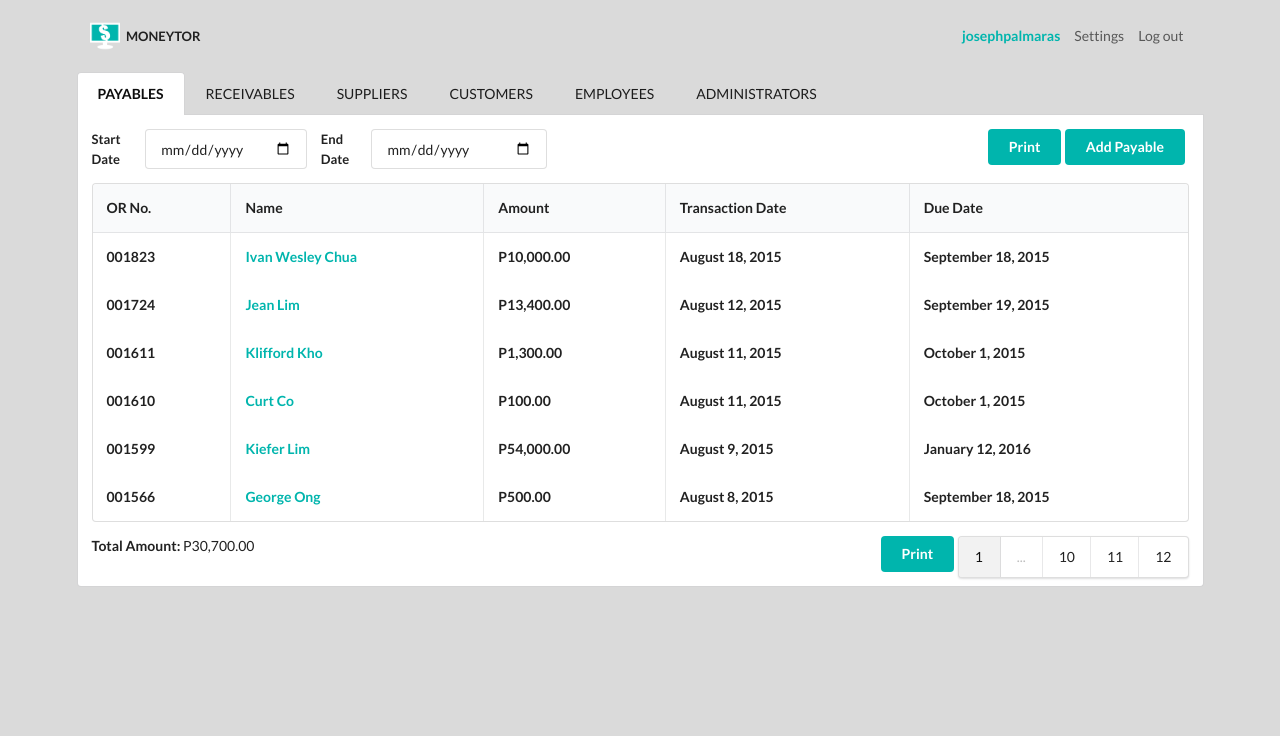
Repository: TV5/MoneyTor
Page: Workspace/MoneyTor/war/main.html
The author's editor kept a copy of each file at every save. The page is drawn from the files as they stood at one save, then again after the next save.
The browser window is 1280 px wide. The pictures show the whole page.

Above is the page before, as saved 2015-08-18 16:37:07.

### Workspace/MoneyTor/war/main.html
<!DOCTYPE html>
<html>
<head>
  <!-- Standard Meta -->
  <meta charset="utf-8" />
  <meta http-equiv="X-UA-Compatible" content="IE=edge,chrome=1" />
  <meta name="viewport" content="width=device-width, initial-scale=1.0, maximum-scale=1.0">

  <!-- Site Properities -->
  <title>Main Page</title>
  <link rel="stylesheet" type="text/css" href="../dist/components/reset.css">
  <link rel="stylesheet" type="text/css" href="../dist/components/site.css">

  <link rel="stylesheet" type="text/css" href="../dist/components/container.css">
  <link rel="stylesheet" type="text/css" href="../dist/components/grid.css">
  <link rel="stylesheet" type="text/css" href="../dist/components/header.css">
  <link rel="stylesheet" type="text/css" href="../dist/components/image.css">
  <link rel="stylesheet" type="text/css" href="../dist/components/menu.css">

  <link rel="stylesheet" type="text/css" href="../dist/components/divider.css">
  <link rel="stylesheet" type="text/css" href="../dist/components/segment.css">
  <link rel="stylesheet" type="text/css" href="../dist/components/form.css">
  <link rel="stylesheet" type="text/css" href="../dist/components/input.css">
  <link rel="stylesheet" type="text/css" href="../dist/components/button.css">
  <link rel="stylesheet" type="text/css" href="../dist/components/list.css">
  <link rel="stylesheet" type="text/css" href="../dist/components/message.css">
  <link rel="stylesheet" type="text/css" href="../dist/components/icon.css">
  <link rel="stylesheet" type="text/css" href="../dist/components/tab.min.css">
  <link rel="stylesheet" type="text/css" href="../dist/components/table.min.css">
  <link rel="stylesheet" type="text/css" href="../dist/components/modal.min.css">
  <link rel="stylesheet" type="text/css" href="../dist/components/dimmer.min.css">
  <link rel="stylesheet" type="text/css" href="../dist/components/transition.min.css">
  <script src="assets/library/jquery.min.js"></script>
  <script src="../dist/components/form.js"></script>
  <script src="../dist/components/transition.js"></script>
  <script src="../dist/components/tab.min.js"></script>
  <script src="../dist/components/modal.min.js"></script>
  <script src="../dist/components/dimmer.min.js"></script>
  <script src="../dist/components/transition.min.js"></script>

  <style type="text/css">
    body {
      background-color: #DADADA;
    }
    body > .grid {
      height: 100%;
    }
    .image {
      margin-top: -100px;
    }
    .column {
      max-width: 450px;
    }
    .firstmenu {
    	padding-left: 20px;
    	padding-right: 20px;
    	padding-top: 0px;
    }
    a {
    	color: #00b5ad;
    }
    .link {
    	color: #00b5ad !important;
    }
  </style>
</head>
<body>


<div class="ui container">
	<div class="ui text menu firstmenu" width="100%">
	  <img src="assets/images/logo.png" style="width:30px;height:30px;margin-top:5px">
	  <div class="header item">MONEYTOR </div>


	  <div class="right menu">
	   <a class="item link">
	     <b>josephpalmaras</b>
	   </a>
	   <a id="settingsLink" class="item">
	     Settings
	   </a>
	   <a class="ui item">
	      Log out
	    </a>
	  </div>

	</div>
	<div class="ui top attached tabular menu">
	  <a class="active item">
	    PAYABLES
	  </a>
	  <a class="item">
	    RECEIVABLES
	  </a>
	  <a class="item">
	    SUPPLIERS
	  </a>
	  <a class="item">
	    CUSTOMERS
	  </a>
	  <a class="item">
	    EMPLOYEES
	  </a>
	  <a class="item">
	    ADMINISTRATORS
	  </a>
	</div>

	<div class="ui bottom attached active tab segment" style="padding-bottom:50px">
	  <div class="ui form ">
	  	<div class="inline fields" style="float:left">
	  	<div class="ten wide field">
	      <label>Start Date</label>
	      <input type="date">
	    </div>
	    <div class="ten wide field">
	      <label>End Date</label>
	      <input type="date">
	    </div>
	    </div>
	    <div class="three wide feild" style="float:right">
	      <button id="addPayableBtn" class="ui button teal">Add Payable</button>
	    </div>
	    <div class="three wide feild" style="float:right">
		    <button class="ui button teal">Print</button>
	    </div>
	  </div>
	  <table class="ui celled padded table">
	  <thead>
	    <tr>
	    <th>OR No.</th>
	    <th>Name</th>
	    <th>Amount</th>
	    <th>Transaction Date</th>
	    <th>Due Date</th>
	  	</tr>
	  </thead>
	  <tbody>
	  	<tr>
	    <th>001823</th>
	    <th><a href="#">Ivan Wesley Chua</a></th>
	    <th>P10,000.00</th>
	    <th>August 18, 2015</th>
	    <th>September 18, 2015</th>
	  	</tr>
	  	<tr>
	    <th>001724</th>
	    <th><a href="#">Jean Lim</a></th>
	    <th>P13,400.00</th>
	    <th>August 12, 2015</th>
	    <th>September 19, 2015</th>
	  	</tr>
	  	<tr>
	    <th>001611</th>
	    <th><a href="#">Klifford Kho</a></th>
	    <th>P1,300.00</th>
	    <th>August 11, 2015</th>
	    <th>October 1, 2015</th>
	  	</tr>
	  	<tr>
	    <th>001610</th>
	    <th><a href="#">Curt Co</a></th>
	    <th>P100.00</th>
	    <th>August 11, 2015</th>
	    <th>October 1, 2015</th>
	  	</tr>
	  	<tr>
	    <th>001599</th>
	    <th><a href="#">Kiefer Lim</a></th>
	    <th>P54,000.00</th>
	    <th>August 9, 2015</th>
	    <th>January 12, 2016</th>
	  	</tr>
	  	<tr>
	    <th>001566</th>
	    <th><a href="#">George Ong</a></th>
	    <th>P500.00</th>
	    <th>August 8, 2015</th>
	    <th>September 18, 2015</th>
	  	</tr>
	  </tbody>
	  </table>
	<div class="ui pagination menu right" style="float:right">
  <a class="active item">
    1
  </a>
  <div class="disabled item">
    ...
  </div>
  <a class="item">
    10
  </a>
  <a class="item">
    11
  </a>
  <a class="item">
    12
  </a>
</div>
	  <div>
	  <p style="float:left"><b>Total Amount: </b> P30,700.00</p>
	  <button class="ui button teal" style="float:right">Print</button>
		</div>
	</div>
</div>

<div id="userSettings" class="ui modal">
  <div class="header">User Settings</div>
  <div class="content">
    <form class="ui form">

    	<div class="inline fields">
		    <div class="two wide field">
		      <label>Username</label>
		    </div>
		    <div class="fourteen wide field">
		      josephpalmaras
		    </div>
		</div>

		<div class="inline fields">
		    <div class="two wide field">
		      <label>Password</label>
		    </div>
		    <div class="fourteen wide field">
		      <text>****** </text> <a href="#">change password</a>
		    </div>
		</div>

		<div class="inline fields">
		    <div class="two wide field">
		      <label>Name</label>
		    </div>
		    <div class="fourteen wide field">
		      <input type="text" value="Joseph Gabriell Palmaras"/>
		    </div>
		</div>
    </form>
  </div>
		<div class="actions">
			<div class="ui approve button teal">Save</div>
		    <div class="ui cancel button teal">Cancel</div>
		</div>
</div>

<!-- PAYABLE INFORMATION -->
<div id="addPayable" class="ui modal">
  <div class="header">Account Payable</div>
  <div class="content">
    <form class="ui form">

    	<div class="inline fields">
		    <div class="two wide field">
		      <label>Supplier Name</label>
		    </div>
		    <div class="fourteen wide field">
		      <input type="text">
		    </div>
		</div>

    	<div class="inline fields">
		    <div class="two wide field">
		      <label>Official Receipt Number</label>
		    </div>
		    <div class="fourteen wide field">
		      <input type="text">
		    </div>
		</div>

		<div class="inline fields">
		    <div class="two wide field">
		      <label>Amount</label>
		    </div>
		    <div class="fourteen wide field">
		      <input type="number">
		    </div>
		</div>

		<div class="inline fields">
		    <div class="two wide field">
		      <label>Transaction Date</label>
		    </div>
		    <div class="fourteen wide field">
		      <input type="date">
		    </div>
		</div>

		<div class="inline fields">
		    <div class="two wide field">
		      <label>Due Date</label>
		    </div>
		    <div class="fourteen wide field">
		      <input type="date">
		    </div>
		</div>


    </form>
  </div>
  <div class="actions">
    <div class="ui approve button teal">Save</div>
    <div class="ui button teal">Add More</div>
    <div class="ui cancel button teal">Cancel</div>
  </div>
</div>


<!-- SUPPLIER INFORMATION
<div id="addPayable" class="ui modal">
  <div class="header">Supplier</div>
  <div class="content">
    <form class="ui form">

    	<div class="inline fields">
		    <div class="two wide field">
		      <label>Name</label>
		    </div>
		    <div class="fourteen wide field">
		      <input type="text">
		    </div>
		</div>

    	<div class="inline fields">
		    <div class="two wide field">
		      <label>Address</label>
		    </div>
		    <div class="fourteen wide field">
		      <input type="text">
		    </div>
		</div>

    	<div class="inline fields">
		    <div class="two wide field">
		      <label>Contact Number</label>
		    </div>
		    <div class="fourteen wide field">
		      <input type="text">
		    </div>
		</div>

    	<div class="inline fields">
		    <div class="two wide field">
		      <label>Terms</label>
		    </div>
		    <div class="seven wide field">
		      <input type="number">
		    </div>
		    <div class="seven wide field">
		      <select class="ui fluid dropdown">
    			<option value="">days</option>
    			<option value="">weeks</option>
    			<option value="">months</option>
    			<option value="">years</option>
    		  </select>
		    </div>
		</div>

    </form>
  </div>
  <div class="actions">
    <div class="ui approve button">Save</div>
    <div class="ui button">Add More</div>
    <div class="ui cancel button">Cancel</div>
  </div>
</div> -->

</body>
<script type="text/javascript">

	$('#addPayableBtn').click(function(){
		$('#addPayable').modal('show');
	});

	$('#settingsLink').click(function(){
		$('#userSettings').modal('show');
	});

</script>
</html>

### Workspace/MoneyTor/war/dist/components/site.css
/*!
 * # Semantic UI 2.0.8 - Site
 * http://github.com/semantic-org/semantic-ui/
 *
 *
 * Copyright 2015 Contributors
 * Released under the MIT license
 * http://opensource.org/licenses/MIT
 *
 */


/*******************************
             Page
*******************************/

@import url('https://fonts.googleapis.com/css?family=Lato:400,700,400italic,700italic&subset=latin');
html,
body {
  height: 100%;
}
html {
  font-size: 14px;
}
body {
  margin: 0px;
  padding: 0px;
  overflow-x: hidden;
  min-width: 320px;
  background: #ffffff;
  font-family: 'Lato', 'Helvetica Neue', Arial, Helvetica, sans-serif;
  font-size: 14px;
  line-height: 1.4285em;
  color: rgba(0, 0, 0, 0.87);
  font-smoothing: antialiased;
}


/*******************************
             Headers
*******************************/

h1,
h2,
h3,
h4,
h5 {
  font-family: 'Lato', 'Helvetica Neue', Arial, Helvetica, sans-serif;
  line-height: 1.2857em;
  margin: calc(2rem -  0.14285em ) 0em 1rem;
  font-weight: bold;
  padding: 0em;
}
h1 {
  min-height: 1rem;
  font-size: 2rem;
}
h2 {
  font-size: 1.714rem;
}
h3 {
  font-size: 1.28rem;
}
h4 {
  font-size: 1.071rem;
}
h5 {
  font-size: 1rem;
}
h1:first-child,
h2:first-child,
h3:first-child,
h4:first-child,
h5:first-child {
  margin-top: 0em;
}
h1:last-child,
h2:last-child,
h3:last-child,
h4:last-child,
h5:last-child {
  margin-bottom: 0em;
}


/*******************************
             Text
*******************************/

p {
  margin: 0em 0em 1em;
  line-height: 1.4285em;
}
p:first-child {
  margin-top: 0em;
}
p:last-child {
  margin-bottom: 0em;
}

/*-------------------
        Links
--------------------*/

a {
  color: #4183c4;
  text-decoration: none;
}
a:hover {
  color: #1e70bf;
  text-decoration: none;
}


/*******************************
          Highlighting
*******************************/


/* Site */
::-webkit-selection {
  background-color: #cce2ff;
  color: rgba(0, 0, 0, 0.87);
}
::-moz-selection {
  background-color: #cce2ff;
  color: rgba(0, 0, 0, 0.87);
}
::selection {
  background-color: #cce2ff;
  color: rgba(0, 0, 0, 0.87);
}

/* Form */
textarea::-webkit-selection,
input::-webkit-selection {
  background-color: rgba(100, 100, 100, 0.4);
  color: rgba(0, 0, 0, 0.87);
}
textarea::-moz-selection,
input::-moz-selection {
  background-color: rgba(100, 100, 100, 0.4);
  color: rgba(0, 0, 0, 0.87);
}
textarea::selection,
input::selection {
  background-color: rgba(100, 100, 100, 0.4);
  color: rgba(0, 0, 0, 0.87);
}


/*******************************
        Global Overrides
*******************************/



/*******************************
         Site Overrides
*******************************/

### Workspace/MoneyTor/war/dist/components/container.css
/*!
 * # Semantic UI 2.0.8 - Container
 * http://github.com/semantic-org/semantic-ui/
 *
 *
 * Copyright 2015 Contributors
 * Released under the MIT license
 * http://opensource.org/licenses/MIT
 *
 */


/*******************************
            Container
*******************************/


/* All Sizes */
.ui.container {
  display: block;
  max-width: 100% !important;
}

/* Mobile */
@media only screen and (max-width: 767px) {
  .ui.container {
    width: auto;
    margin-left: 1em !important;
    margin-right: 1em !important;
  }
  .ui.grid.container {
    width: auto !important;
  }
}

/* Tablet */
@media only screen and (min-width: 768px) and (max-width: 991px) {
  .ui.container {
    width: 723px;
    margin-left: auto !important;
    margin-right: auto !important;
  }
  .ui.grid.container {
    width: calc( 723px  +  2em ) !important;
  }
}

/* Small Monitor */
@media only screen and (min-width: 992px) and (max-width: 1199px) {
  .ui.container {
    width: 933px;
    margin-left: auto !important;
    margin-right: auto !important;
  }
  .ui.grid.container {
    width: calc( 933px  +  2em ) !important;
  }
}

/* Large Monitor */
@media only screen and (min-width: 1200px) {
  .ui.container {
    width: 1127px;
    margin-left: auto !important;
    margin-right: auto !important;
  }
  .ui.grid.container {
    width: calc( 1127px  +  2em ) !important;
  }
}


/*******************************
             Types
*******************************/


/* Text Container */
.ui.text.container {
  font-family: 'Lato', 'Helvetica Neue', Arial, Helvetica, sans-serif;
  max-width: 700px !important;
  line-height: 1.5;
}
.ui.text.container {
  font-size: 1.14285714rem;
}

/* Fluid */
.ui.fluid.container {
  width: 100%;
}


/*******************************
           Variations
*******************************/

.ui[class*="left aligned"].container {
  text-align: left;
}
.ui[class*="center aligned"].container {
  text-align: center;
}
.ui[class*="right aligned"].container {
  text-align: right;
}
.ui.justified.container {
  text-align: justify;
  -webkit-hyphens: auto;
     -moz-hyphens: auto;
      -ms-hyphens: auto;
          hyphens: auto;
}


/*******************************
         Theme Overrides
*******************************/



/*******************************
         Site Overrides
*******************************/

### Workspace/MoneyTor/war/dist/components/image.css
/*!
 * # Semantic UI 2.0.8 - Image
 * http://github.com/semantic-org/semantic-ui/
 *
 *
 * Copyright 2015 Contributors
 * Released under the MIT license
 * http://opensource.org/licenses/MIT
 *
 */


/*******************************
             Image
*******************************/

.ui.image {
  position: relative;
  display: inline-block;
  vertical-align: middle;
  max-width: 100%;
  background-color: transparent;
}
img.ui.image {
  display: block;
}
.ui.image svg,
.ui.image img {
  display: block;
  max-width: 100%;
  height: auto;
}


/*******************************
            States
*******************************/

.ui.hidden.images,
.ui.hidden.image {
  display: none;
}
.ui.disabled.images,
.ui.disabled.image {
  cursor: default;
  opacity: 0.45;
}


/*******************************
          Variations
*******************************/


/*--------------
     Inline
---------------*/

.ui.inline.image,
.ui.inline.image svg,
.ui.inline.image img {
  display: inline-block;
}

/*------------------
  Vertical Aligned
-------------------*/

.ui.top.aligned.images .image,
.ui.top.aligned.image,
.ui.top.aligned.image svg,
.ui.top.aligned.image img {
  display: inline-block;
  vertical-align: top;
}
.ui.middle.aligned.images .image,
.ui.middle.aligned.image,
.ui.middle.aligned.image svg,
.ui.middle.aligned.image img {
  display: inline-block;
  vertical-align: middle;
}
.ui.bottom.aligned.images .image,
.ui.bottom.aligned.image,
.ui.bottom.aligned.image svg,
.ui.bottom.aligned.image img {
  display: inline-block;
  vertical-align: bottom;
}

/*--------------
     Rounded
---------------*/

.ui.rounded.images .image,
.ui.rounded.image,
.ui.rounded.images .image > *,
.ui.rounded.image > * {
  border-radius: 0.3125em;
}

/*--------------
    Bordered
---------------*/

.ui.bordered.images .image,
.ui.bordered.images img,
.ui.bordered.images svg,
.ui.bordered.image img,
.ui.bordered.image svg,
img.ui.bordered.image {
  border: 1px solid rgba(0, 0, 0, 0.1);
}

/*--------------
    Circular
---------------*/

.ui.circular.images,
.ui.circular.image {
  overflow: hidden;
}
.ui.circular.images .image,
.ui.circular.image,
.ui.circular.images .image > *,
.ui.circular.image > * {
  border-radius: 500rem;
}

/*--------------
     Fluid
---------------*/

.ui.fluid.images,
.ui.fluid.image,
.ui.fluid.images img,
.ui.fluid.images svg,
.ui.fluid.image svg,
.ui.fluid.image img {
  display: block;
  width: 100%;
  height: auto;
}

/*--------------
     Avatar
---------------*/

.ui.avatar.images .image,
.ui.avatar.images img,
.ui.avatar.images svg,
.ui.avatar.image img,
.ui.avatar.image svg,
.ui.avatar.image {
  margin-right: 0.25em;
  display: inline-block;
  width: 2em;
  height: 2em;
  border-radius: 500rem;
}

/*-------------------
       Spaced
--------------------*/

.ui.spaced.image {
  display: inline-block !important;
  margin-left: 0.5em;
  margin-right: 0.5em;
}
.ui[class*="left spaced"].image {
  margin-left: 0.5em;
  margin-right: 0em;
}
.ui[class*="right spaced"].image {
  margin-left: 0em;
  margin-right: 0.5em;
}

/*-------------------
       Floated
--------------------*/

.ui.floated.image,
.ui.floated.images {
  float: left;
  margin-right: 1em;
  margin-bottom: 1em;
}
.ui.right.floated.images,
.ui.right.floated.image {
  float: right;
  margin-right: 0em;
  margin-bottom: 1em;
  margin-left: 1em;
}
.ui.floated.images:last-child,
.ui.floated.image:last-child {
  margin-bottom: 0em;
}
.ui.centered.images,
.ui.centered.image {
  margin-left: auto;
  margin-right: auto;
}

/*--------------
     Sizes
---------------*/

.ui.mini.images .image,
.ui.mini.images img,
.ui.mini.images svg,
.ui.mini.image {
  width: 35px;
  height: auto;
  font-size: 0.71428571rem;
}
.ui.tiny.images .image,
.ui.tiny.images img,
.ui.tiny.images svg,
.ui.tiny.image {
  width: 80px;
  height: auto;
  font-size: 0.85714286rem;
}
.ui.small.images .image,
.ui.small.images img,
.ui.small.images svg,
.ui.small.image {
  width: 150px;
  height: auto;
  font-size: 0.92857143rem;
}
.ui.medium.images .image,
.ui.medium.images img,
.ui.medium.images svg,
.ui.medium.image {
  width: 300px;
  height: auto;
  font-size: 1rem;
}
.ui.large.images .image,
.ui.large.images img,
.ui.large.images svg,
.ui.large.image {
  width: 450px;
  height: auto;
  font-size: 1.14285714rem;
}
.ui.big.images .image,
.ui.big.images img,
.ui.big.images svg,
.ui.big.image {
  width: 600px;
  height: auto;
  font-size: 1.28571429rem;
}
.ui.huge.images .image,
.ui.huge.images img,
.ui.huge.images svg,
.ui.huge.image {
  width: 800px;
  height: auto;
  font-size: 1.42857143rem;
}
.ui.massive.images .image,
.ui.massive.images img,
.ui.massive.images svg,
.ui.massive.image {
  width: 960px;
  height: auto;
  font-size: 1.71428571rem;
}


/*******************************
              Groups
*******************************/

.ui.images {
  font-size: 0em;
  margin: 0em -0.25rem 0rem;
}
.ui.images .image,
.ui.images img,
.ui.images svg {
  display: inline-block;
  margin: 0em 0.25rem 0.5rem;
}


/*******************************
         Theme Overrides
*******************************/



/*******************************
         Site Overrides
*******************************/

Loaded but not shown: Workspace/MoneyTor/war/dist/components/tab.min.css (common file); Workspace/MoneyTor/war/dist/components/table.min.css (library); Workspace/MoneyTor/war/dist/components/modal.min.css (library); Workspace/MoneyTor/war/dist/components/dimmer.min.css (common file); Workspace/MoneyTor/war/dist/components/transition.min.css (library); Workspace/MoneyTor/war/assets/library/jquery.min.js (library); Workspace/MoneyTor/war/dist/components/tab.min.js (library); Workspace/MoneyTor/war/dist/components/modal.min.js (library); Workspace/MoneyTor/war/dist/components/dimmer.min.js (library); Workspace/MoneyTor/war/dist/components/transition.min.js (library); Workspace/MoneyTor/war/dist/components/form.js (1308 lines, source omitted); Workspace/MoneyTor/war/dist/components/transition.js (1072 lines, source omitted); Workspace/MoneyTor/war/dist/components/button.css (3230 lines, source omitted); Workspace/MoneyTor/war/dist/components/grid.css (1879 lines, source omitted); Workspace/MoneyTor/war/dist/components/icon.css (2601 lines, source omitted); Workspace/MoneyTor/war/dist/components/menu.css (1891 lines, source omitted); Workspace/MoneyTor/war/dist/components/form.css (994 lines, source omitted); Workspace/MoneyTor/war/dist/components/list.css (923 lines, source omitted); Workspace/MoneyTor/war/dist/components/segment.css (751 lines, source omitted); Workspace/MoneyTor/war/dist/components/header.css (721 lines, source omitted); Workspace/MoneyTor/war/dist/components/input.css (486 lines, source omitted); Workspace/MoneyTor/war/dist/components/message.css (462 lines, source omitted); Workspace/MoneyTor/war/dist/components/reset.css (423 lines, source omitted); Workspace/MoneyTor/war/dist/components/divider.css (260 lines, source omitted)

After the next save:
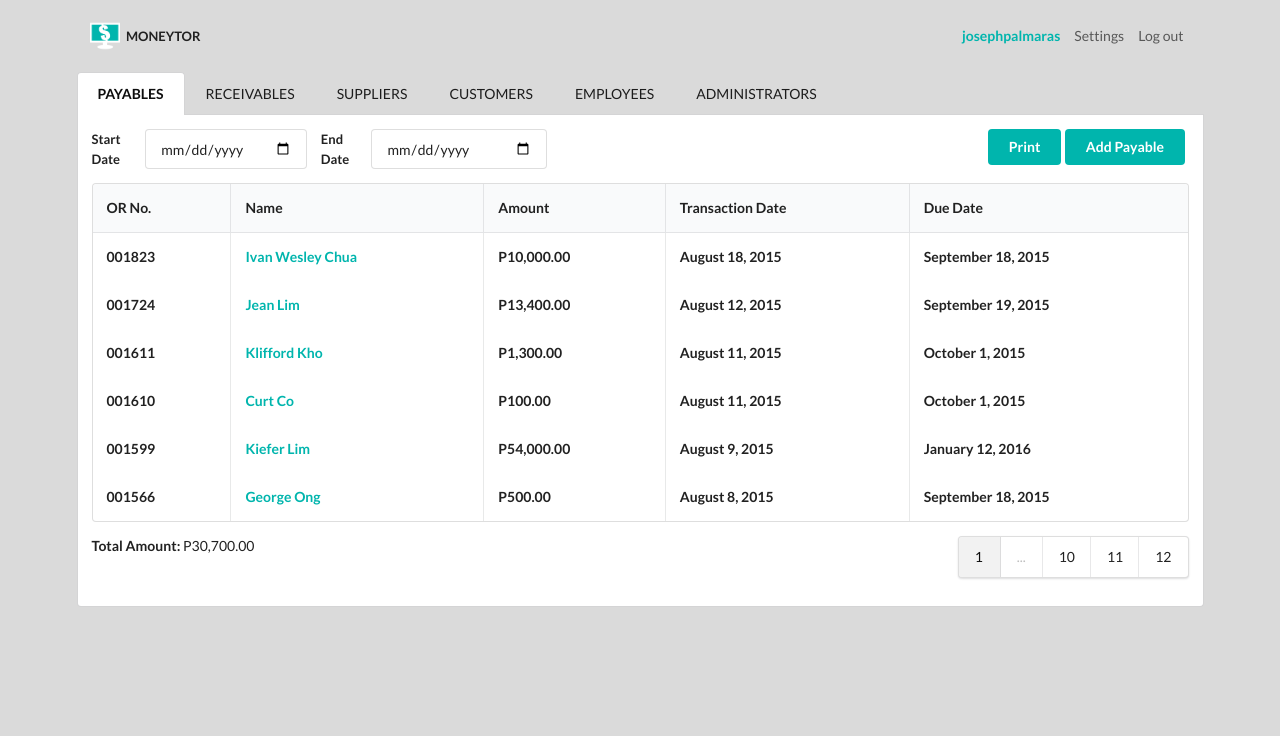
Saved 47 s later.
--- a/Workspace/MoneyTor/war/main.html
+++ b/Workspace/MoneyTor/war/main.html
@@ -198,11 +198,7 @@
     12
   </a>
 </div>
-	  <div>
-	  <p style="float:left"><b>Total Amount: </b> P30,700.00</p>
-	  <button class="ui button teal" style="float:right">Print</button>
-		</div>
-	</div>
+	<b>Total Amount: </b> P30,700.00</p>
 </div>
 
 <div id="userSettings" class="ui modal">
